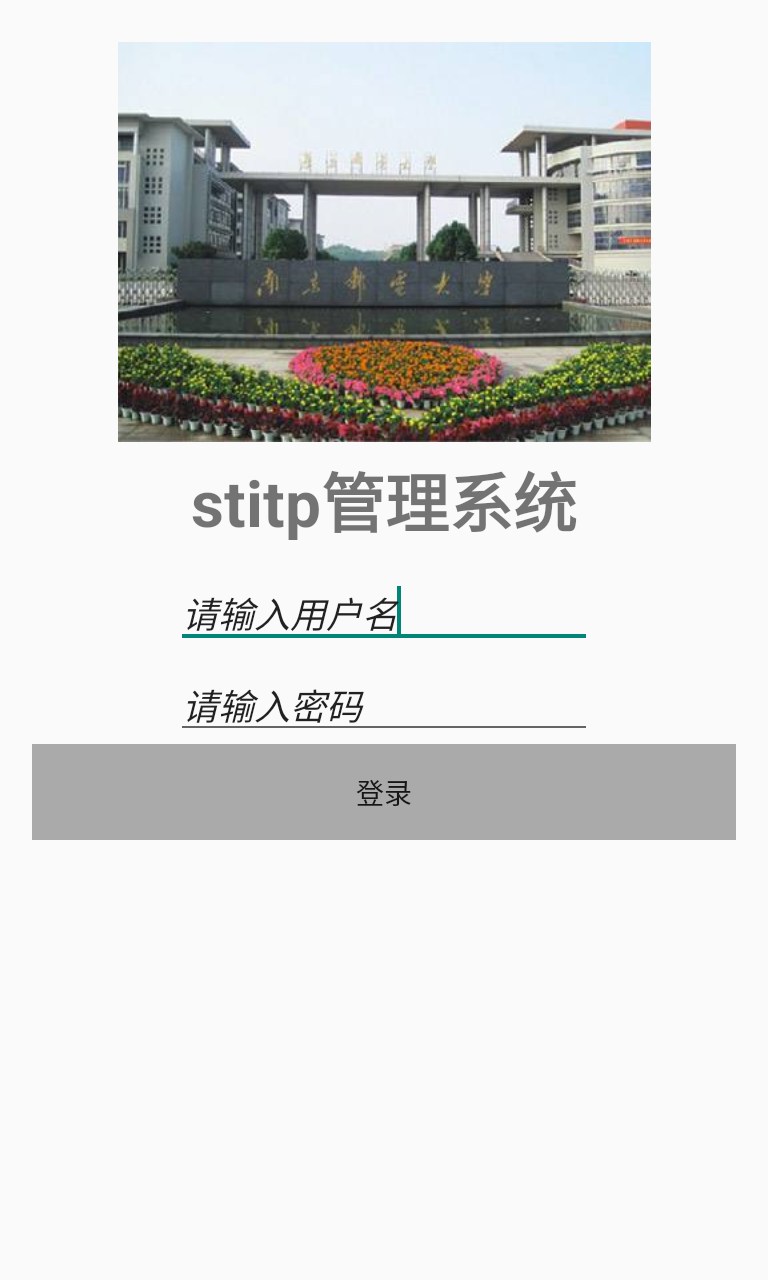
Repository: weizhaopeng/zhou_stitp
Layout: workspace/zhou/res/layout/fragment_main.xml
An editor plug-in stored every save of this project. The layout is shown before and after the next save, followed by the edit.
It is drawn on a 768 x 1280 px phone screen (xhdpi) without system bars, with theme AppTheme; the app's code is not run.

Above is the layout before, as saved 2018-11-28 06:17:48.

After the next save:
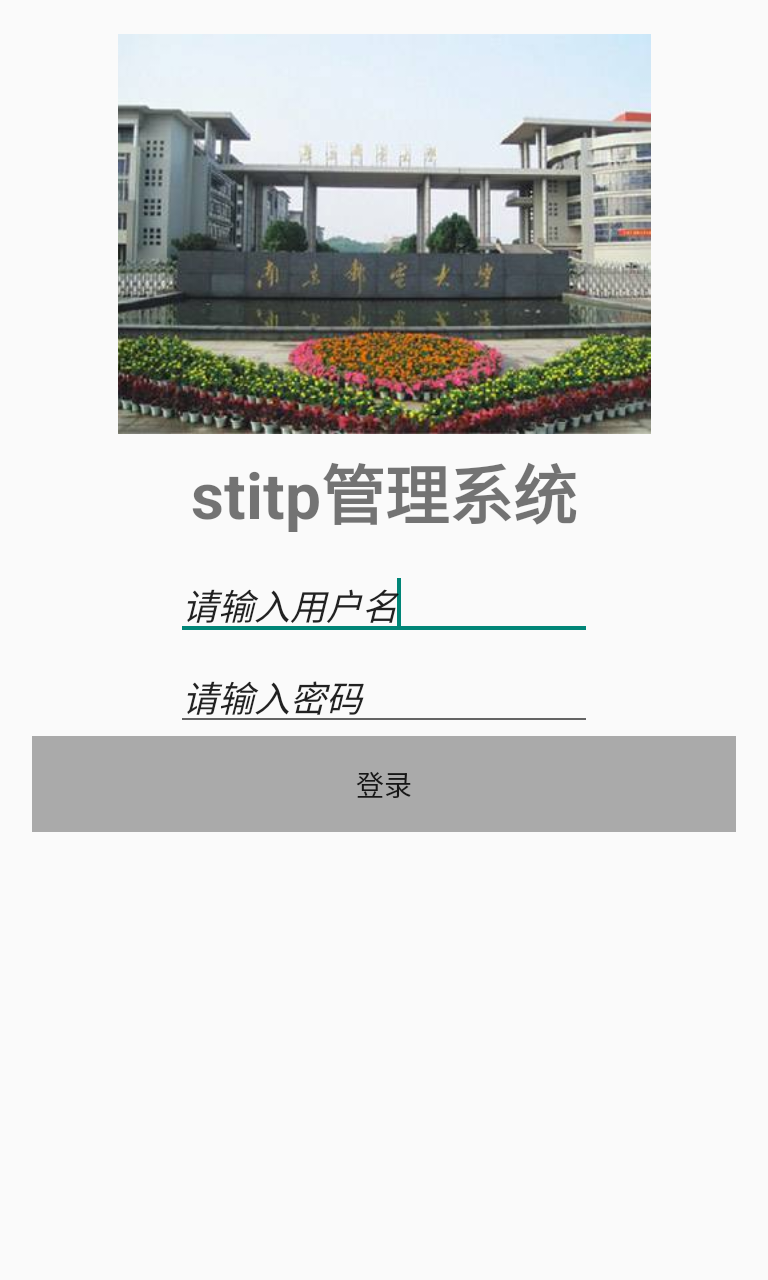
Saved 11 s later.
--- a/workspace/zhou/res/layout/fragment_main.xml
+++ b/workspace/zhou/res/layout/fragment_main.xml
@@ -15,7 +15,7 @@
         android:layout_height="wrap_content"
         android:layout_alignParentTop="true"
         android:layout_centerHorizontal="true"
-        android:layout_marginTop="5dp"
+        android:layout_marginTop="1dp"
         android:orientation="vertical" >
 
         <ImageView
